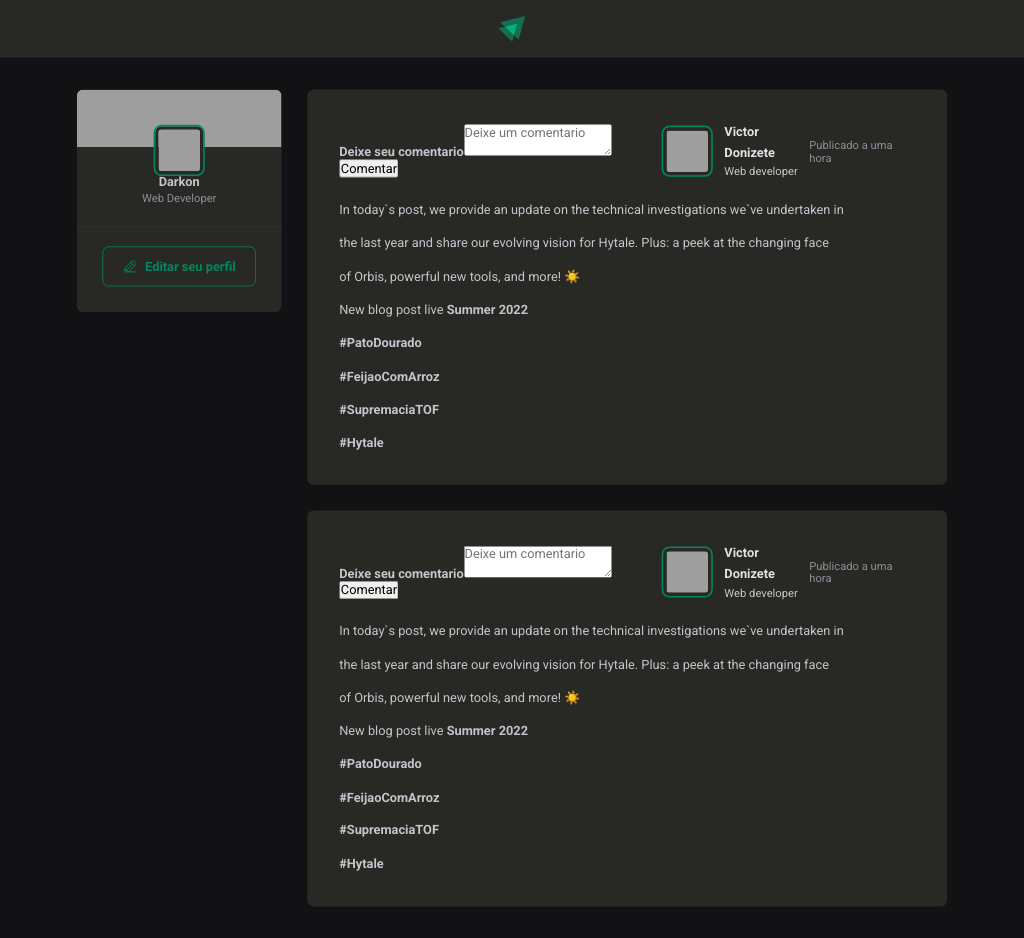
Repository: viviij/PseudoRedeSocial
Page: /
The author's editor kept a copy of each file at every save. The page is drawn from the files as they stood at one save, then again after the next save.
The browser window is 1280 px wide. The pictures show the whole page, at 80% of full size.
Pictures or frames that could not be fetched are drawn as grey boxes. The project was rebuilt for these pictures with package versions that can differ from the ones it lists, and the page was loaded fresh each time. Also part of the build but not shown: vite.config.js.

Above is the page before, as saved 2022-08-02 12:27:56.

### index.html
<!DOCTYPE html>
<html lang="en">
  <head>
    <meta charset="UTF-8" />
    <link rel="preconnect" href="https://fonts.googleapis.com">
    <link rel="preconnect" href="https://fonts.gstatic.com" crossorigin>
    <link rel="icon" type="image/svg+xml" href="/vite.svg" />
    <meta name="viewport" content="width=device-width, initial-scale=1.0" />
    <link href="https://fonts.googleapis.com/css2?family=Roboto:wght@400;700&display=swap" rel="stylesheet">
    <title>RedeSocial</title>
  </head>
  <body>
    <div id="root"></div>
    <script type="module" src="/src/main.jsx"></script>
  </body>
</html>

### src/App.jsx
import { Header } from "./components/header";
import { Sidebar } from "./components/Sidebar"
import { Post } from "./components/Post"

import styles from "./App.module.css"
import "./global.css"
export function App() {
  return (
    <div>
      <Header />

      <div className={styles.wrapper}>
        <Sidebar />
        <main>
          <Post
            author="Victor Donizete"
            content="Texto generico criado apenas para simular uma postagem"
          />
          <Post
            author="Fernanda Medeiros"
            content="Texto generico criado apenas para simular uma postagem"
          />
        </main>
      </div>
    </div>
  )
}

### src/components/header.jsx
import styles from "./Header.module.css"

import IgniteLogo from '../assets/IgniteLogo.svg'

export function Header() {
  return (
    <header className={styles.header}>
      <img src={IgniteLogo} alt="Logo da ignite" />
    </header>
  )
}

### src/components/Sidebar.jsx
import styles from "./Sidebar.module.css"
import { PencilLine } from "phosphor-react"

export function Sidebar() {
  return (
    <aside className={styles.sidebar}>
      <img
        className={styles.cover}
        src="https://images.unsplash.com/photo-1659095579647-7c1bbc73b36f?ixlib=rb-1.2.1&ixid=MnwxMjA3fDB8MHxlZGl0b3JpYWwtZmVlZHw1fHx8ZW58MHx8fHw%3D&auto=format&fit=crop&w=500&q=10" alt="plano de fundo"
      />

      <div className={styles.profile}>
        <img
          className={styles.avatar}
          src="https://github.com/viviij.png" alt="Foto de perfil" />

        <strong>Darkon</strong>
        <span>Web Developer</span>
      </div>

      <footer>
        <a
          href="#">
          <PencilLine
            size={20}
          />
          Editar seu perfil
        </a>
      </footer>
    </aside>
  )
}

### src/components/Post.jsx
import styles from "./Post.module.css"

export function Post() {
  return (
    <article className={styles.post}>
      <header>
        <form className={styles.commentForm}>
          <strong>Deixe seu comentario</strong>

          <textarea
            placeholder="Deixe um comentario"
          />

          <button type="submit">Comentar</button>
        </form>
        <div className={styles.author}>
          <img className={styles.avatar} src="https://github.com/viviij.png" alt="Foto do perfil" />
          <div className={styles.authorInfo}>
            <strong>Victor Donizete</strong>
            <span>Web developer</span>
          </div>
        </div>
        <time title="1 de agosto as 00:13h" dateTime="2022-05-11 00:13:46">Publicado a uma hora</time>
      </header>

      <div className={styles.content}>
        <p> In today`s post, we provide an update on the technical investigations we`ve undertaken in</p> <p> the last year and share our evolving vision for Hytale. Plus: a peek at the changing face </p>
        <p> of Orbis, powerful new tools, and more! ☀️ </p>
        <p>New blog post live <a href="https://hytale.com/news/2022/7/summer-2022-development-update">Summer 2022</a></p>

        <p><a href="#">#PatoDourado</a></p>{' '}
        <p><a href="#">#FeijaoComArroz</a></p>{' '}
        <p><a href="#">#SupremaciaTOF</a></p>{' '}
        <p><a href="#">#Hytale</a></p>
      </div>


    </article>
  )
}

### src/App.module.css
.wrapper {
  max-width: 70rem;
  margin: 2rem auto;
  padding: 0.5rem 1rem;

  display: grid;
  grid-template-columns: 256px 1fr;
  gap: 2rem;
  align-items: flex-start;

}

### src/global.css
:root {
  --white: #ffffff;

  --gray-100: #e1e1e6;
  --gray-300: #c4c4cc;
  --gray-400: #8d8d99;
  --gray-600: #323238;
  --gray-700: #29292e;
  --gray-800: #282824;
  --gray-900: #121214;

  --green-300: #00B37E;
  --green-500: #00875f;
}

* {
  margin: 0;
  padding: 0;
  box-sizing: border-box;
}

body {
  background: var(--gray-900);
  color: var(--gray-300);
  -webkit-font-smoothing: antialiased;
}

body,
input,
textarea,
button {
  font-family: 'Roboto', sans-serif;
  font-weight: 400;
  font-size: 1rem;
}

### src/components/Sidebar.module.css
.sidebar {
  background: var(--gray-800);
  border-radius: 8px;
  overflow: hidden;
}

.cover {
  width: 100%;
  height: 72px;
  object-fit: cover;
}

.profile {
  display: flex;
  flex-direction: column;
  align-items: center;

  margin-top: calc(0px - 1.5rem - 6px);
}

.avatar {
  width: calc(3rem + 12px);
  height: calc(3rem + 12px);
  border-radius: 8px;
  border: 4px solid var(--gray-800);
  outline: 2px solid var(--green-500);
}

.prfile strong {
  margin: 1rem;
  color: var(--gray-100);
  line-height: 1.6;
}

.profile span {
  font-size: 0.875rem;
  color: var(--gray-400);
  line-height: 1.6;
}

.sidebar footer {
  border-top: 1px solid var(--gray-600);
  margin-top: 1.5rem;
  padding: 1.5rem 2rem 2rem;
}

.sidebar footer a {
  width: 100%;
  background: transparent;
  color: var(--green-500);
  border: 1px solid var(--green-500);
  border-radius: 8px;
  height: 50px;
  padding: 0 1.5rem;
  font-weight: bold;
  display: block;
  text-decoration: none;

  display: flex;
  align-items: center;
  justify-content: center;

  gap: 0.5rem;

  transition: color 0.5s, background-color 0.5s;
}

.sidebar footer a:hover {
  background: var(--green-500);
  color: var(--white)
}

### src/components/Post.module.css
.post {
  background: var(--gray-800);
  border-radius: 8px;
  padding: 2.5rem;
}

.post+.post {
  margin-top: 2rem;
}

.content {
  line-height: 1.6;
  color: var(--gray-300);
  margin-top: 1.5rem;
}

.content p {
  margin-top: 1rem;
}

.content a {
  font-weight: bold;
  color: var(--gray-500);
  text-decoration: none;
}

.content a:hover {
  color: var(--green-300);
}

.post>header {
  display: flex;
  align-items: center;
  justify-content: space-between;
}

.post>header time {
  font-size: 0.875rem;
  color: var(--gray-400);
}

.author {
  display: flex;
  align-items: center;
  gap: 1rem;
}

.author img {
  width: calc(3rem + 12px);
  height: calc(3rem + 12px);
  border-radius: 8px;
  border: 4px solid var(--gray-800);
  outline: 2px solid var(--green-500);
}

.authorInfo strong {
  display: block;
  color: var(--gray-100);
  line-height: 1.6;
}

.authorInfo span {
  display: block;
  font-size: 0.875rem;
  color: var(--grey-400);
  line-height: 1.6;
}

Loaded but not shown: src/main.jsx (common file); src/components/Header.module.css (common file)

After the next save:
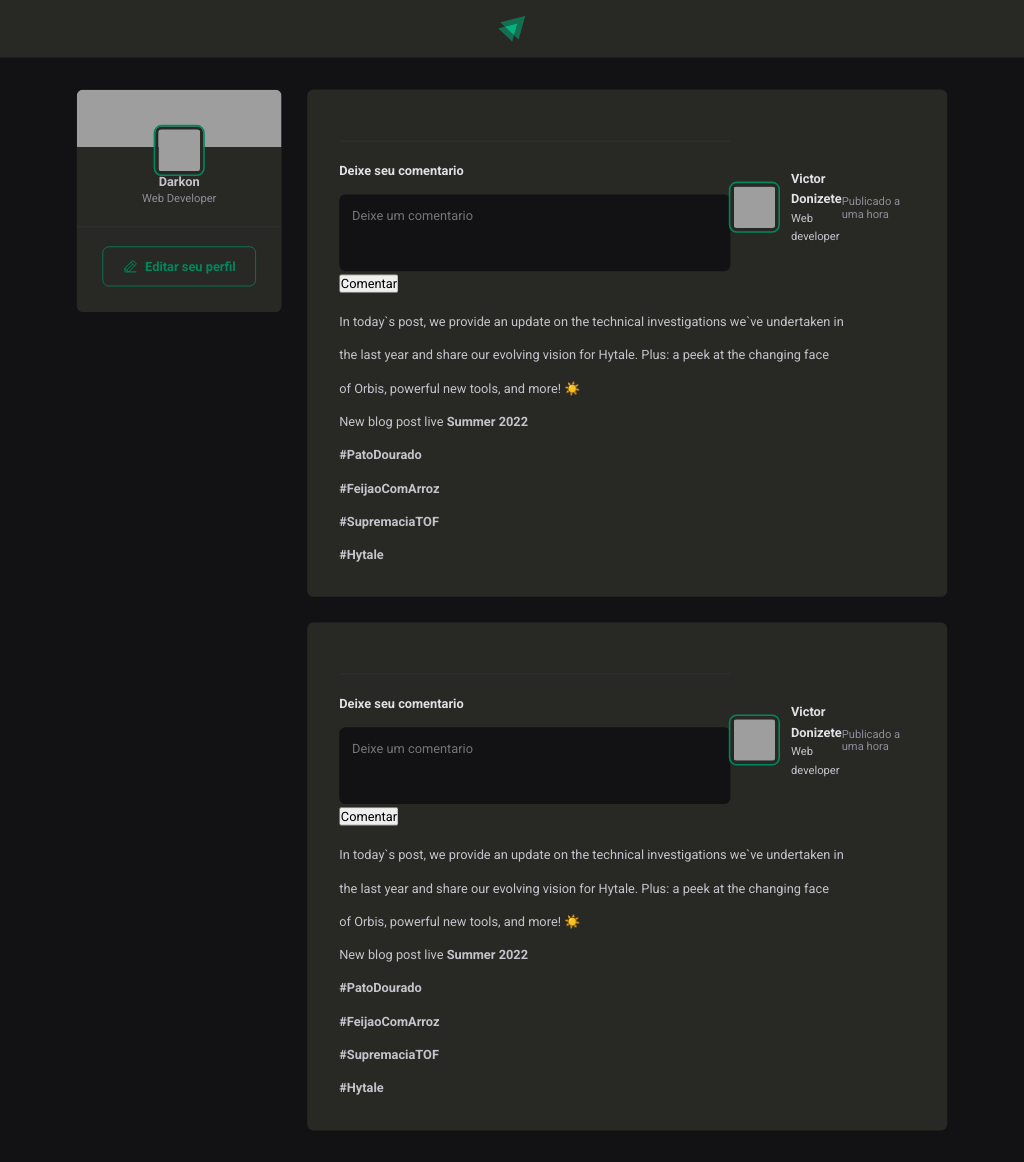
Saved 12 s later.
--- a/src/components/Post.module.css
+++ b/src/components/Post.module.css
@@ -65,3 +65,28 @@
   color: var(--grey-400);
   line-height: 1.6;
 }
+
+.commentForm {
+  width: 100%;
+  margin-top: 1.5rem;
+  padding-top: 1.5rem;
+  border-top: 1px solid var(--gray-600);
+}
+
+.commentForm>strong {
+  line-height: 1.6;
+  color: var(--gray-100);
+}
+
+.commentForm textarea {
+  width: 100%;
+  background: var(--gray-900);
+  border: 0;
+  resize: none;
+  height: 6rem;
+  padding: 1rem;
+  border-radius: 8px;
+  color: var(--gray-100);
+  line-height: 1.4;
+  margin-top: 1rem;
+}
